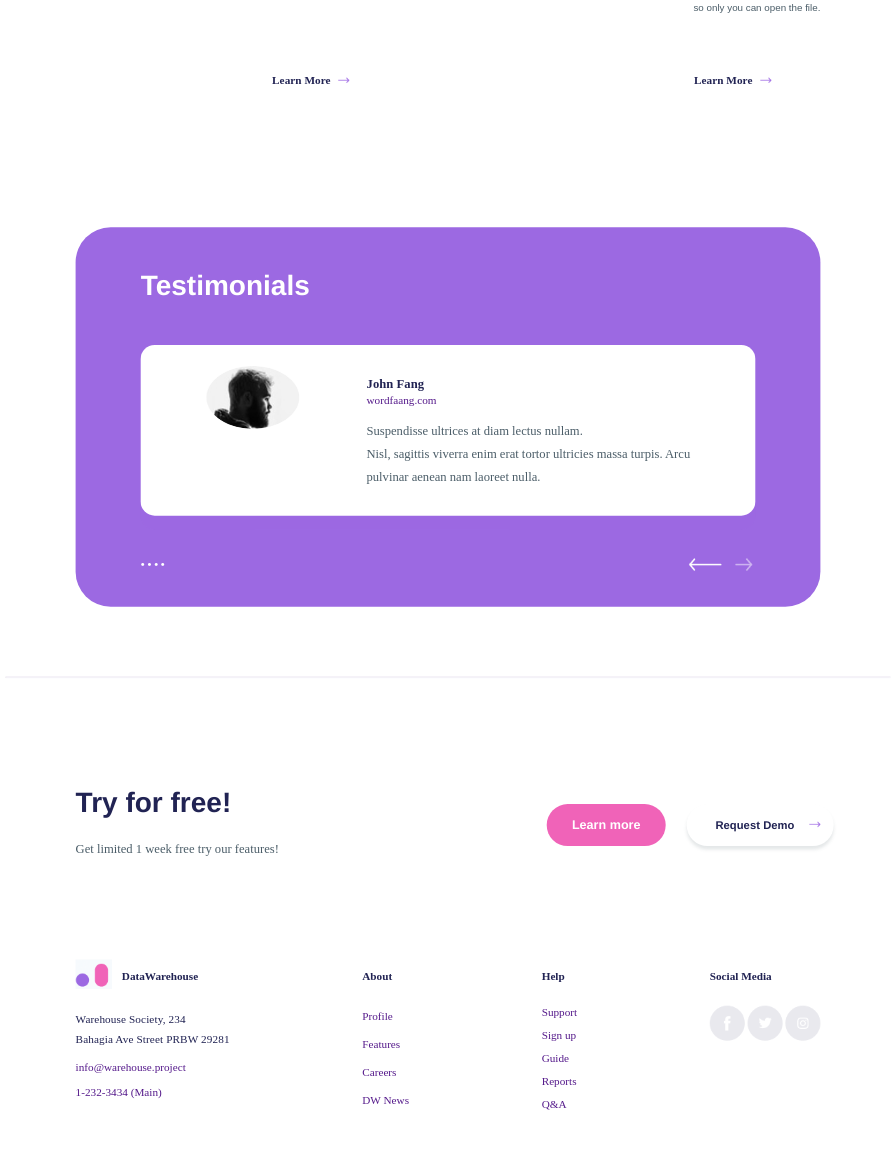
Repository: batonAnton/HW6_flexbox
Page: index.html
The author's editor kept a copy of each file at every save. The page is drawn from the files as they stood at one save, then again after the next save.
The browser window is 1280 px wide. The pictures show the part of the page from y = 2174 to 4094 px (the page is 3846 px tall before and 4094 px after), at 70% of full size.
Some web fonts or font styles are not loaded; a fallback is used.

Above is the page before, as saved 2022-06-19 16:36:05.

### index.html
<!DOCTYPE html>
<html lang="en">
<head>
    <meta charset="UTF-8">
    <meta http-equiv="X-UA-Compatible" content="IE=edge">
    <meta name="viewport" content="width=device-width, initial-scale=1.0">
    <link href="http://fonts.cdnfonts.com/css/helvetica-neue-9" rel="stylesheet">
    <link rel="stylesheet" href="./fonts/Helvetica-Bold.ttf">
    <link rel="stylesheet" href="./fonts/AvenirLTStd-Black.otf">
    <link rel="stylesheet" href="./css/style.css">
    <title>FlexBox</title>
</head>
<body>
    <header>
        <div class="logo">
            <img src="./images/logo.png" alt="logo">
        </div>

        <nav>
            <ul>
                <li>
                    <a href="#">about</a>
                </li>
                <li>
                    <a href="#">help</a>
                </li>
                <li>
                    <a href="#">features</a>
                </li>
                <li>
                    <a href="#">signup</a>
                </li>
            </ul>
        </nav>

        <div class="header-btn">
            <div>
                <button>request demo</button>
            </div>
            <div class="btn-img">
                <img src="./images/right-arrow.png" alt="arrow-right" >
            </div>
        </div>
    </header>

    <div class="section allstyles">
        <div class="info">
            <h1>Save your data <br> storage here.</h1>
            <p>Data Warehouse is a data storage area that <br>has been
                tested for security, so you can store <br> your data here
                safely but not be afraid of <br> being stolen by others.</p>
            <button>Learn more</button>
        </div>

        <div class="section-img">
            <img src="./images/headerImg.png" alt="">
        </div>
    </div>

    <div class="section2 allstyles">
        <div class="sectin2-img">
            <img src="./images/assideimg.png" alt="assideimg">
        </div>

        <div class="section2-info">
            <h1>We are a high-level data <br> storage bank</h1>
            <p>
                The place to store various data that you can access at any <br> time through the internet  and where you can carry it. <br>
                This very flexible storage area has a high level of security. <br> To enter into your own data you must enter the password <br> that you created when you registered in this Data <br> Warehouse.
            </p>
        </div>
    </div>

    <div class="section3 allstyles">
        <h1 class="section3-header"> Features</h1>
        <p class="section3-header">Some of the features and advantages that we provide for those of you <br> who store data in this Data Warehouse.</p>

        <div class="row1">
            <div class="block">
                <img src="./images/section3/image1 1.png" alt="img">
                <div class="info">
                    <h1>Search Data</h1>
                <p>
                    Don’t worry if your data is very <br> large, the Data Warehoue <br> provides a search engine, <br> which is useful for making it <br> easier to find data effectively <br> saving time.
                </p>

                <div class="header-btn section3-btn">
                    <div>
                        <button>Learn more</button>
                    </div>
                    <div class="btn-img">
                        <img src="./images/right-arrow.png" alt="arrow-right" >
                    </div>
                </div>
                </div>

            </div>


            <div class="block">
                <img src="./images/section3/image2.png" alt="img">
                <div class="info">
                    <h1>24 Hours Access</h1>
                <p>
                    Access is given 24 hours a full <br> morning to night and
                    meet <br> again in the morning, giving <br> you comfort when
                    you need <br> data when urgent.
                </p>

                <div class="header-btn section3-btn">
                    <div>
                        <button>Learn more</button>
                    </div>
                    <div class="btn-img">
                        <img src="./images/right-arrow.png" alt="arrow-right" >
                    </div>
                </div>
                </div>

            </div>
        </div>

        <!-- row2 start -->

        <div class="row1 row2">
            <div class="block">
                <img src="./images/section3/image3 1.png" alt="img">
                <div class="info">
                    <h1>Print Out</h1>
                <p>
                    Print out service gives you <br> convenience if someday
                    you <br> need print data, just edit it all <br> and just print it.
                </p>

                <div class="header-btn section3-btn">
                    <div>
                        <button>Learn more</button>
                    </div>
                    <div class="btn-img">
                        <img src="./images/right-arrow.png" alt="arrow-right" >
                    </div>
                </div>
                </div>

            </div>


            <div class="block">
                <img src="./images/section3/image4 1.png" alt="img">
                <div class="info">
                    <h1>Security Code</h1>
                <p>
                    Data Security is one of our <br> best facilities. Allows for your <br> files
                    to be safer. The file can <br> be secured with a code or <br>
                    password that
                    you created, <br> so only you can open the file.
                </p>

                <div class="header-btn section3-btn">
                    <div>
                        <button>Learn more</button>
                    </div>
                    <div class="btn-img">
                        <img src="./images/right-arrow.png" alt="arrow-right" >
                    </div>
                </div>
                </div>

            </div>
        </div>
    </div>

    <div class="section4 allstyles">
        <h1>Testimonials</h1>

        <div class="block">
            <img class="rounded" src="./images/section3/Ellipse 76.jpg" alt="img">
            <div class="info">
                <h1>John Fang </h1>
                <a href="">wordfaang.com</a>
                <p>
                    Suspendisse ultrices at diam lectus nullam. <br>
                    Nisl, sagittis viverra enim erat tortor ultricies massa turpis. Arcu <br> pulvinar aenean nam laoreet nulla.
                </p>
            </div>
        </div>
        <h4>&#x2022 &#x2022 &#x2022 &#x2022</h4>
        <p class="right"> <img src="./images/section3/arrows.png" alt="arrows"> </p>
    </div>
    <hr>


    <div class="forfree allstyles">
        <div class="free-info">
            <h1>Try for free!</h1>
            <p>Get limited 1 week free try our features!</p>
        </div>

        <div class="btn-block">
            <button>Learn more</button>
            <div class="header-btn">
                <div>
                    <button>request demo</button>
                </div>
                <div class="btn-img">
                    <img src="./images/right-arrow.png" alt="arrow-right" >
                </div>
            </div>
        </div>
    </div>

    <footer>
        <div class="allblock allstyles">
            <div class="address">
                <img src="./images/logo.png" alt="logo">
                <h1 style="float: right;
                margin-right: 45px;"> DataWarehouse</h1>
                <p> Warehouse Society, 234 <br>
                    Bahagia Ave Street
                    PRBW 29281
                </p>

                <a href="">info@warehouse.project</a> <br> <br>
                <a href="">1-232-3434 (Main)</a>
            </div>

            <div class="about">
                <h1>About</h1>
                <a href="">Profile</a>
                <a href=""> Features</a>
                <a href=""> Careers</a>
                <a href="">DW News</a>
            </div>

            <div class="help">
                <h1>Help</h1>
                <a href="">Support</a>
                <a href="">Sign up</a>
                <a href="">Guide</a>
                <a href="">Reports</a>
                <a href="">Q&A</a>
            </div>

            <div class="social">
                <h1>Social Media</h1>
                <a href="">
                    <img src="./images/footer/facebook.png" alt="face">
                </a>

                <a href="">
                    <img src="./images/footer/insta.png" alt="tweeter">
                </a>

                <a href="">
                    <img src="./images/footer/twitter.png" alt="insta">
                </a>
            </div>
        </div>
    </footer>
</body>
</html>

### css/style.css
body {
  box-sizing: border-box;
  font-family: "Avenir";
}

.allstyles{
    margin: 70px 100px;
}

header {
  display: flex;
  margin: 30px 100px;
  justify-content: space-between;
  /* border: 1px solid gray; */
 font-family: Arial, Helvetica, sans-serif;
  font-size: 16px;
}


nav {
  margin-right: 40%;
}

nav ul {
  display: flex;
  list-style: none;
  color: #4b5d68;
}

nav ul li a {
  text-decoration: none;
  padding-left: 20px;
  text-transform: capitalize;
}

.header-btn {
  display: flex;
  justify-content: center;
}


.header-btn button {
  padding: 15px 30px 15px 15px;
  text-transform: capitalize;
  border: none;
  border-radius: 50px;
  background: #ffffff;
  box-shadow: 0px 5px 5px rgb(75 93 104 / 15%);
  width: 210px;
  color: #212353;
  font-size: 16px;
  font-weight: 800;
  line-height: 100%;
  letter-spacing: 0.005em;
}

.btn-img {
  margin-left: -35px;
  padding-left: -15px;
  align-self: center;
}

button img {
  padding-top: 5px;
  margin-left: 5px;
}

button:hover {
  border: 1px solid rgba(156, 105, 226, 1);
  text-decoration: underline;
}

.section {
  display: flex;
  position: relative;
  height: 600px;
  overflow: hidden;
}


.info {
  width: 50%;
}

.section h1 {
  font-style: normal;
  font-weight: 700;
  font-size: 4rem;
  line-height: 110%;
  font-family: "Helvetica Neue", sans-serif;
  color:#212353;
  font-weight: 700;
}



.section p {
  font-family: 'Avenir', Helvetica, sans-serif;
  font-style: normal;
  font-weight: 500;
  font-size: 16px;
  line-height: 28px;
  margin-top: 50px;
  margin-bottom: 50px;
}

.section-img {
  position: absolute;
  bottom: 1%;
  right: -13%;
}
.section-img img {
  width: 84%;
}

.info button{
    font-family: 'Avenir', Helvetica, sans-serif;
    font-style: normal;
    font-weight: 700;
    font-size: 18px;
    line-height: 160%;
    background-color: #9C69E2;
    border-radius: 50px;
    color: #ffffff;
    width: 170px;
    height: 60px;
    border: none;
    cursor: pointer;
}


.section2{
    display: flex;
    justify-content: space-between;
    background: rgba(240, 99, 184, 0.15);
    border-radius: 50px;
    font-family: 'Avenir', Helvetica, sans-serif;
}

.section2 h1{
    font-style: normal;
    font-weight: 700;
    font-size: 40px;
    line-height: 130%;
    color: #212353;
}

.section2 p{
    font-family: 'Avenir', Helvetica, sans-serif;
font-style: normal;
font-weight: 400;
font-size: 16px;
line-height: 160%;
}

.section2-info{
    padding:55px;
}


.section3-header{
    text-align: center;
    margin: -30px 0 75px 0;
}

.row1{
    display: flex;
    justify-content: space-between;
}

.row1 .block img{
    float: left;
}

.section3 .info{
  float: right;
  width: auto;
  margin-left: 35px;
}

.section3 .info h1{
  font-family: 'Helvetica';
font-style: normal;
font-weight: 400;
font-size: 24px;
line-height: 130%;
color: #212353;
}

.section3 .info p{
  font-family: 'Avenir',  sans-serif;
font-style: normal;
font-weight: 200;
font-size: 14px;
line-height: 130%;
color: #4B5D68;
margin-top: 50px;
/* margin-bottom: 50px; */
height: 160px;
}

.section3 .section3-btn button{
  padding:0;
  color: #212353;
  box-shadow: none;
  background-color: #ffffff;
  font-family: 'Avenir';
  font-style: normal;
  font-weight: 900;
  font-size: 16px;
  line-height: 160%;
  letter-spacing: 0.005em;
  width:85px;
}

.section3 .header-btn{
  display: flex;
  justify-content: flex-start;
}

.section3 .btn-img{
  margin-left: 10px;
}

.row2{
  margin: 90px 0  180px 0;
}

.section4{
  /* height: 709px; */
  background-color: #9C69E2;
  border-radius: 50px;
  padding: 30px 93px;
}

.section4 h1{
  font-family: 'Helvetica';
  font-style: normal;
  font-weight: 700;
  font-size: 40px;
  line-height: 130%;
  color: #FFFFFF;
  margin-bottom: 60px;
}

.section4 .block{
  background-color: #FFFFFF;
  box-shadow: 0px 20px 0px rgba(156, 105, 226, 0.3);
  border-radius: 20px;
  padding: 30px 93px 120px 93px;
}

.section4 .info{
  float: right;
  width: auto;
}

.section4 .info h1{
font-family: 'Avenir';
font-style: normal;
font-weight: 900;
font-size: 18px;
line-height: 160%;
letter-spacing: 0.005em;
color: #212353;
margin-bottom: 0;
}

.section4 .info p{
  font-family: 'Avenir';
font-style: normal;
font-weight: 400;
font-size: 18px;
line-height: 180%;
color: #4B5D68;
}

.section4 .info a{
  text-decoration: none;
}

.rounded{
  border-radius:50%;
}

h4{
  color: #ffffff;
  margin-top: 60px ;
}

.right{
  margin-left: auto;
  margin-right: auto;
  float: right;
  margin-top: -44px;
}

hr{
  margin-top: 100px;
  margin-bottom: 45px;
  background: #9C69E2;
  opacity: 0.2;
}

.forfree{
  margin-top: 125px;
  margin-bottom: 125px;
  display: flex;
  justify-content: space-between;
}

.forfree h1{
  font-family: 'Helvetica';
font-style: normal;
font-weight: 700;
font-size: 40px;
line-height: 130%;
display: flex;
align-items: center;
color: #212353;
}

.forfree p{
  font-family: 'Avenir';
font-style: normal;
font-weight: 500;
font-size: 18px;
line-height: 160%;
color: #4B5D68;
}

.forfree button{
  font-family: 'Avenir', Helvetica, sans-serif;
    font-style: normal;
    font-weight: 700;
    font-size: 18px;
    line-height: 160%;
    background-color: #F063B8;
    border-radius: 50px;
    color: #ffffff;
    width: 170px;
    height: 60px;
    border: none;
    cursor: pointer;
    margin-left: 30px;
}

.forfree .header-btn button {
  padding: 15px 30px 15px 15px;
  text-transform: capitalize;
  border: none;
  border-radius: 50px;
  background: #ffffff;
  box-shadow: 0px 5px 5px rgb(75 93 104 / 15%);
  width: 210px;
  color: #212353;
  font-size: 16px;
  font-weight: 800;
  line-height: 100%;
  letter-spacing: 0.005em;
}

.forfree .btn-img{
  margin-top: -35px;
}

.btn-block{
  display: flex;
  margin-top: 55px
}

/* footer */

.allblock{
  display: flex;
  justify-content: space-between;
}

.about, .help{
  display: inline-grid;
}

footer h1{
  font-family: 'Avenir';
font-style: normal;
font-weight: 900;
font-size: 16px;
line-height: 160%;
color: #212353;
margin-bottom: 30px;
}

.address a{
  margin-bottom: 5px;
}


footer a{
  text-decoration: none;
  padding-bottom: 15px;
}

footer p{
  font-family: 'Avenir';
font-style: normal;
font-weight: 500;
font-size: 16px;
line-height: 180%;
letter-spacing: 0.01em;
color: #212353;
}

.pfooter{
  font-family: 'Avenir';
font-style: normal;
font-weight: 400;
font-size: 12px;
line-height: 180%;
display: flex;
align-items: center;
letter-spacing: 0.01em;
color: #212353;
}

After the next save:
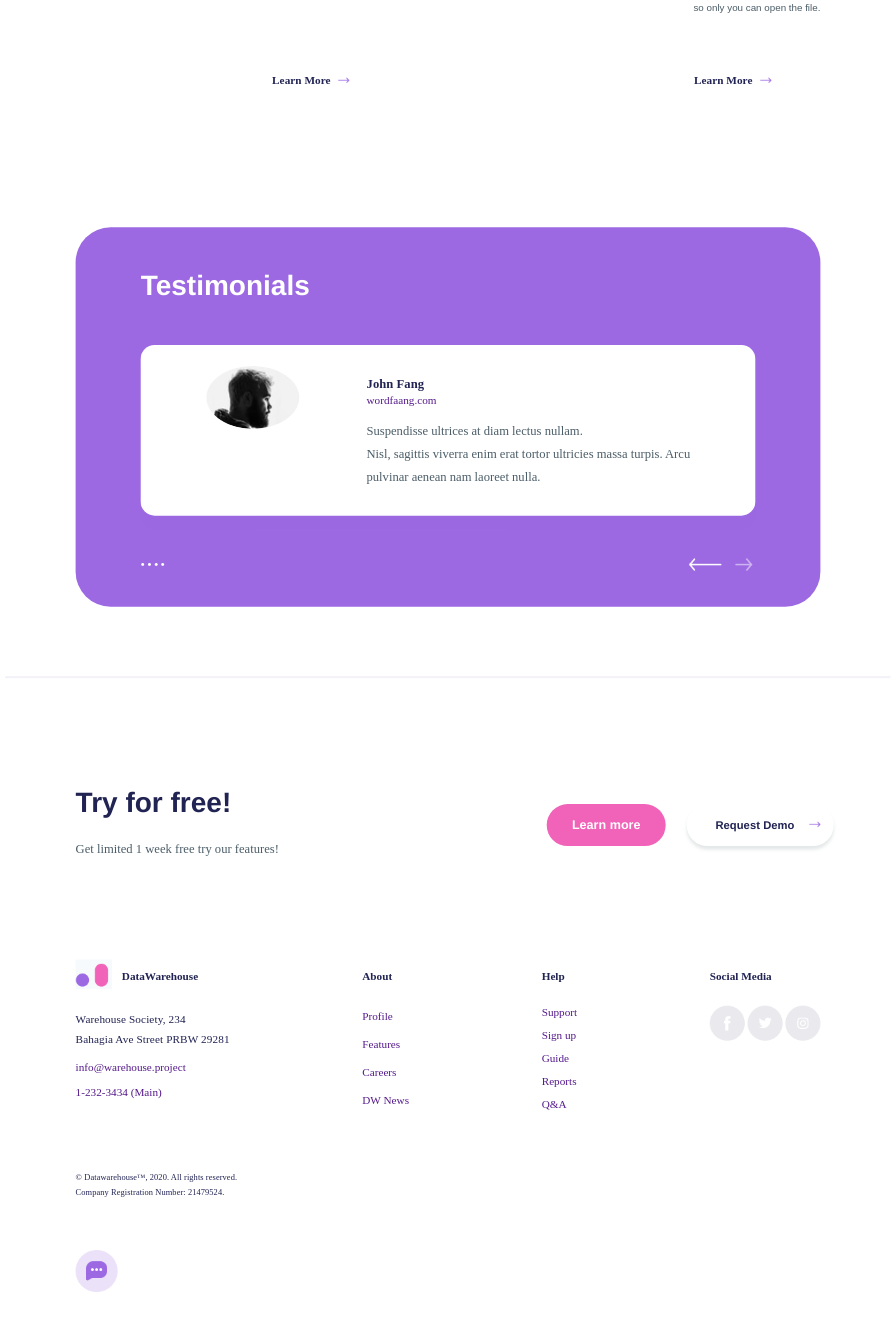
Saved 2 min 49 s later.
--- a/index.html
+++ b/index.html
@@ -255,6 +255,12 @@
                     <img src="./images/footer/twitter.png" alt="insta">
                 </a>
             </div>
+
+        </div>
+        <p class="allstyles pfooter">© Datawarehouse™, 2020. All rights reserved. <br>
+            Company Registration Number: 21479524.</p>
+        <div class="message allstyles">
+            <img src="./images/footer/message.png" alt="">
         </div>
     </footer>
 </body>
